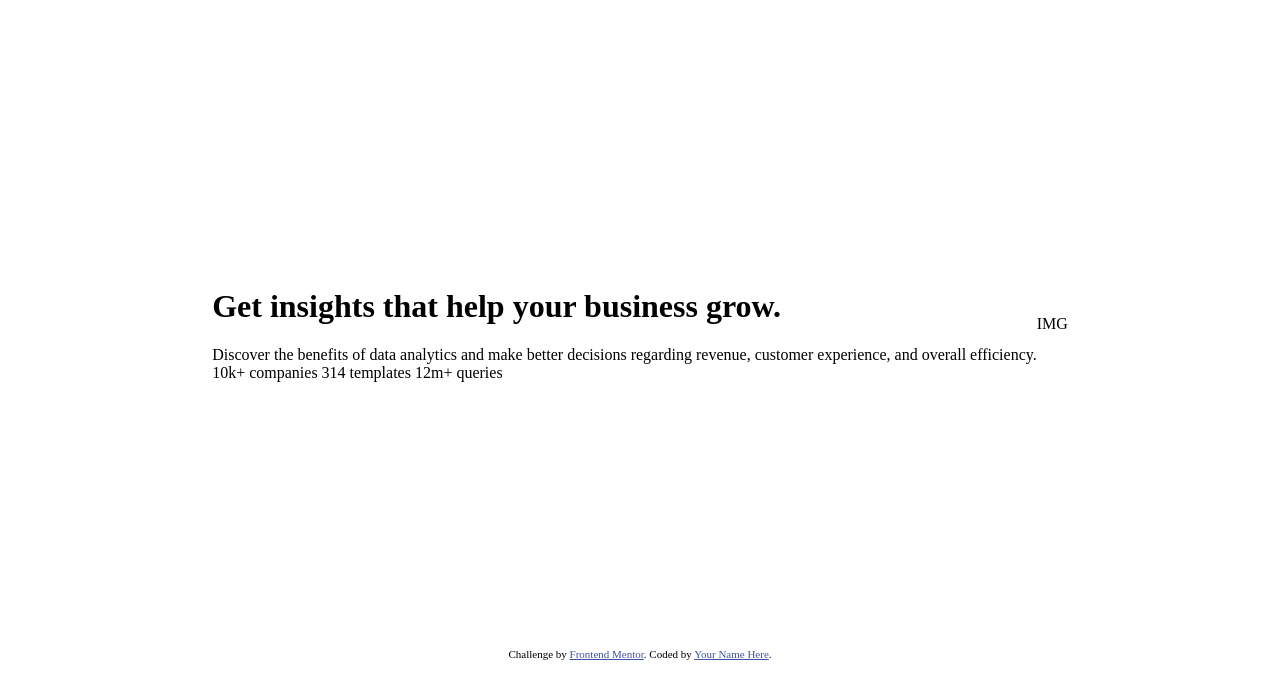
Repository: wasanmsn/Card_Challange
Page: index.html
The author's editor kept a copy of each file at every save. The page is drawn from the files as they stood at one save, then again after the next save.
The browser window is 1280 px wide. The pictures show the whole page.

Above is the page before, as saved 2021-07-21 15:49:47.

### index.html
<!DOCTYPE html>
<html lang="en">

<head>
  <meta charset="UTF-8">
  <meta name="viewport" content="width=device-width, initial-scale=1.0">
  <!-- displays site properly based on user's device -->

  <link rel="icon" type="image/png" sizes="32x32" href="./images/favicon-32x32.png">
  <link rel="stylesheet" href="./stylesheet.css">

  <title>Frontend Mentor | Stats preview card component</title>

  <!-- Feel free to remove these styles or customise in your own stylesheet 👍 -->
  <style>
    .attribution {
      font-size: 11px;
      text-align: center;
    }

    .attribution a {
      color: hsl(228, 45%, 44%);
    }
  </style>
</head>

<body>
  <div class="container">
    <div class="column1">
      <h1>
        Get insights that help your business grow.
      </h1>
      <div>
        Discover the benefits of data analytics and make better decisions regarding revenue, customer
        experience, and overall efficiency.
      </div>
      <div>
        10k+ companies
        314 templates
        12m+ queries
      </div>
    </div>
      <div class="column2">
    IMG
    </div>
  </div>

  <div class="attribution">
    Challenge by <a href="https://www.frontendmentor.io?ref=challenge" target="_blank">Frontend Mentor</a>.
    Coded by <a href="#">Your Name Here</a>.
  </div>
</body>

</html>

### stylesheet.css
body{
    margin: 0;
    padding: 0;
}
.container{
    width: 100%;
    display: flex;
    height: 90vh;
    justify-content: center;
    align-items: center;
}

After the next save:
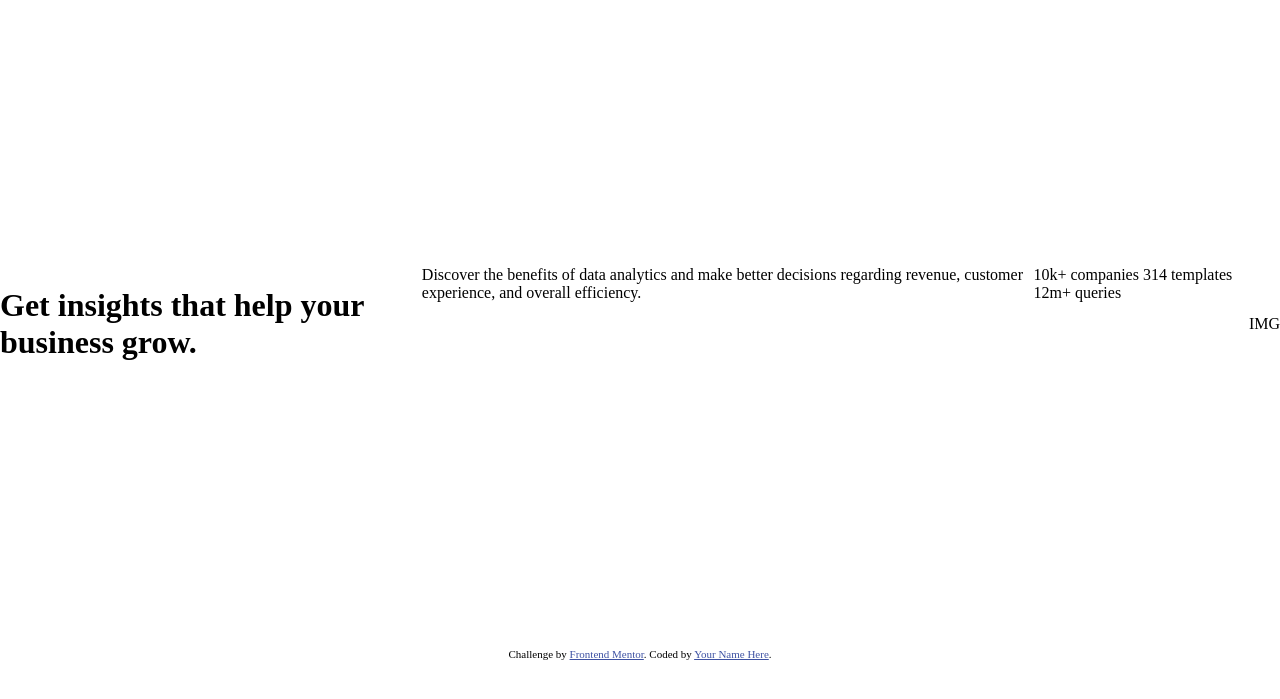
Saved 52 s later.
--- a/stylesheet.css
+++ b/stylesheet.css
@@ -9,3 +9,7 @@ body{
     justify-content: center;
     align-items: center;
 }
+.column1{
+    display: flex;
+    justify-content: space-evenly;
+}

After the 2 saves that followed:
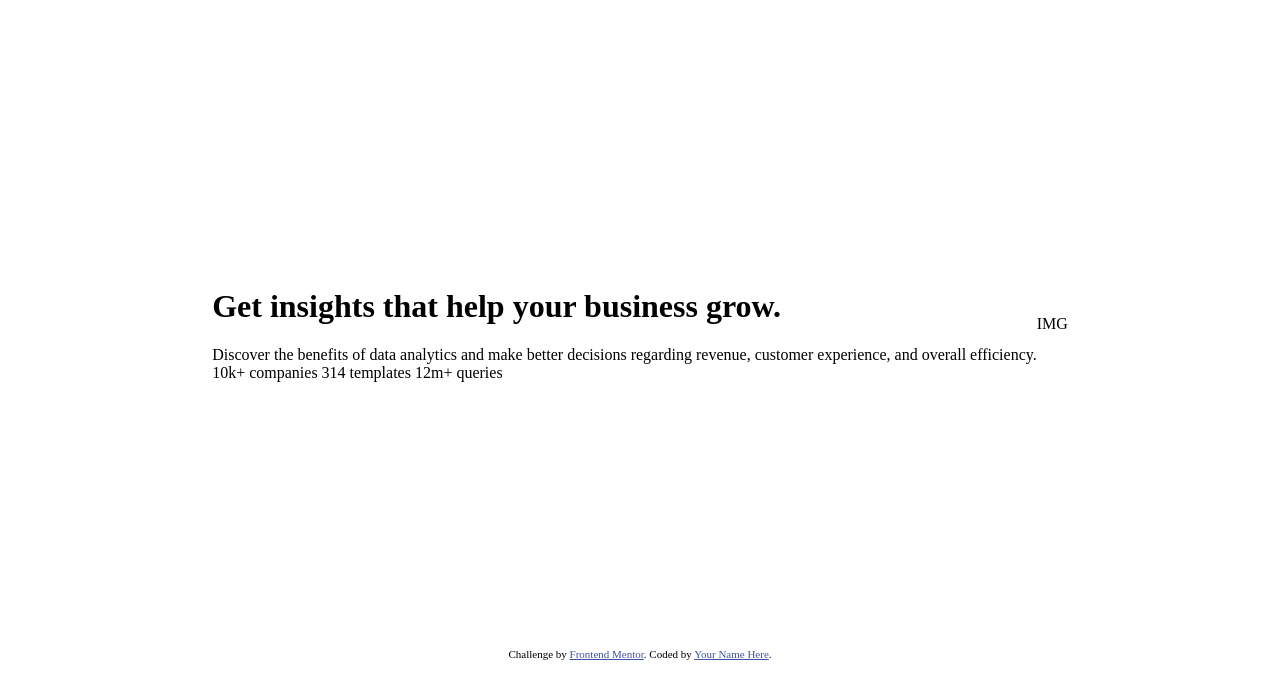
The 2 saves are shown as one change because 1 left the picture as it was.
The last was saved 16 s later.
--- a/stylesheet.css
+++ b/stylesheet.css
@@ -11,5 +11,6 @@ body{
 }
 .column1{
     display: flex;
+    flex-direction: column;
     justify-content: space-evenly;
 }
